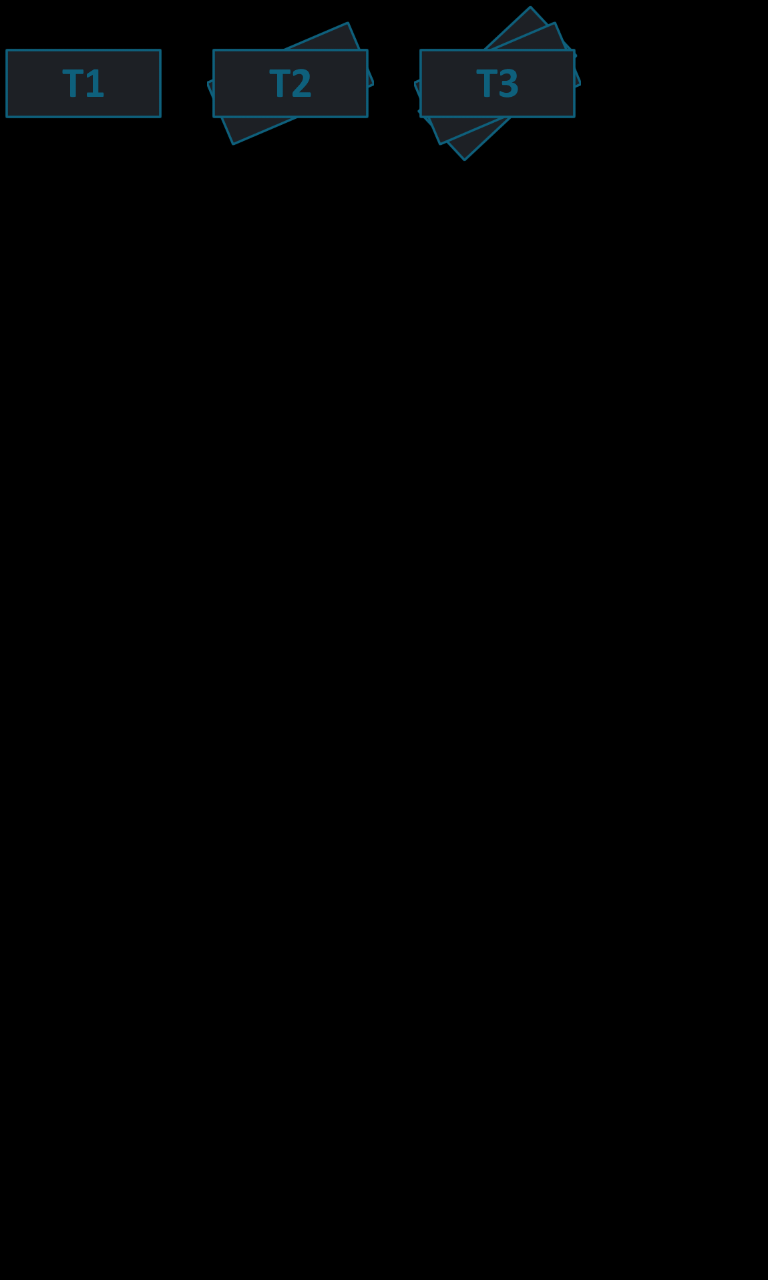
Repository: Nelspike/BusTicketer
Layout: PassengerMode/res/layout/fragment_show_tickets.xml
The author's editor kept a copy of each file at every save. The layout is drawn from the files as they stood at one save, then again after the next save.
It is drawn on a 768 x 1280 px phone screen (xhdpi) without system bars, with theme AppTheme; the app's code is not run.

Above is the layout before, as saved 2013-10-19 19:57:36.

After the next save:
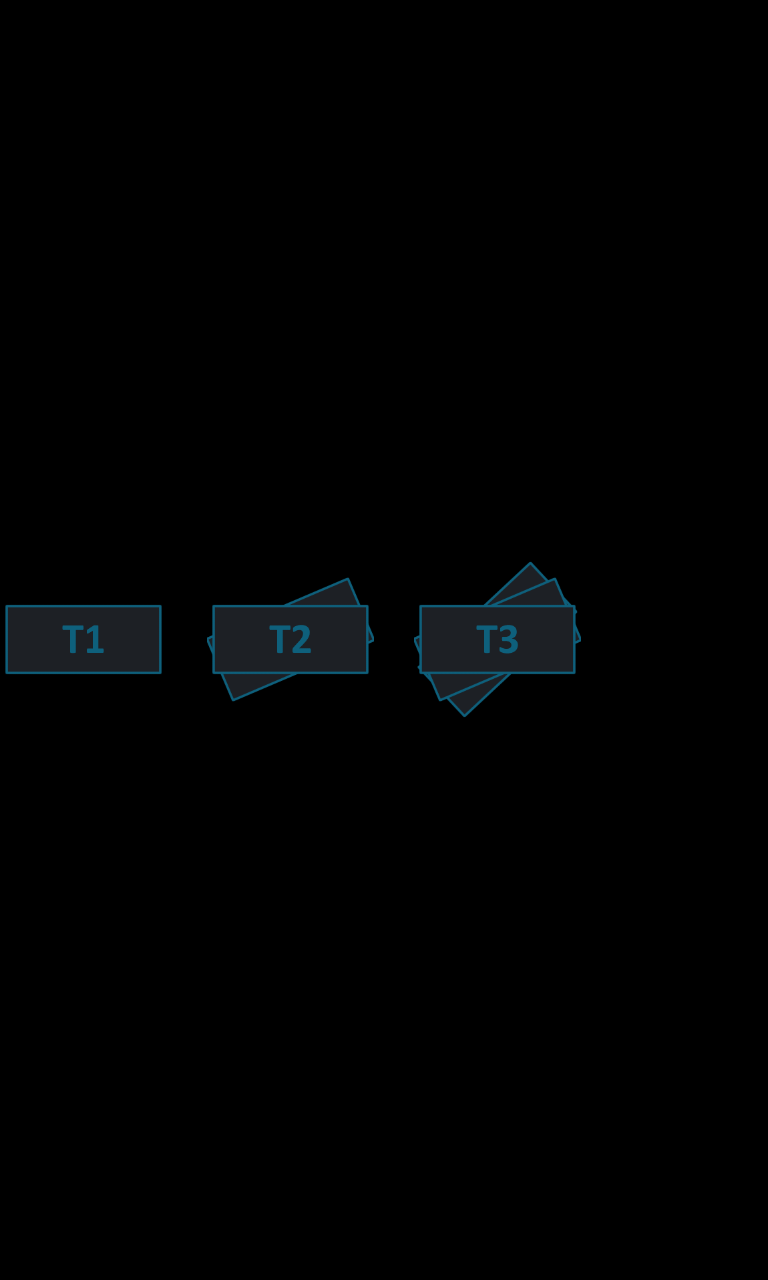
Saved 12 s later.
--- a/PassengerMode/res/layout/fragment_show_tickets.xml
+++ b/PassengerMode/res/layout/fragment_show_tickets.xml
@@ -7,7 +7,8 @@
 	<RadioGroup
 	    android:layout_width="match_parent"
 	    android:layout_height="wrap_content"
-	    android:orientation="horizontal">
+	    android:orientation="horizontal"
+	    android:layout_gravity="center">
 
 	    <RadioButton
 	        android:button="@drawable/t1"

After the save that followed:
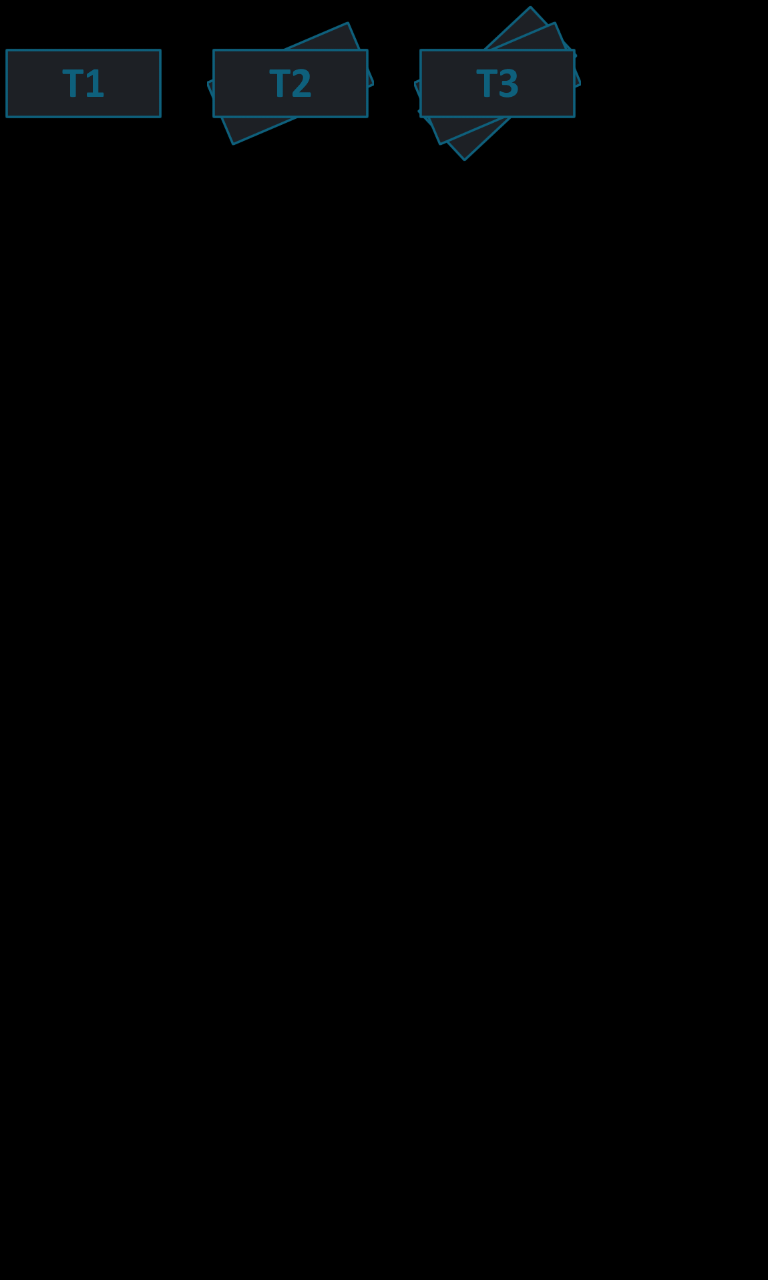
Saved 8 s later.
--- a/PassengerMode/res/layout/fragment_show_tickets.xml
+++ b/PassengerMode/res/layout/fragment_show_tickets.xml
@@ -8,7 +8,7 @@
 	    android:layout_width="match_parent"
 	    android:layout_height="wrap_content"
 	    android:orientation="horizontal"
-	    android:layout_gravity="center">
+	    android:layout_gravity="center_horizontal">
 
 	    <RadioButton
 	        android:button="@drawable/t1"
